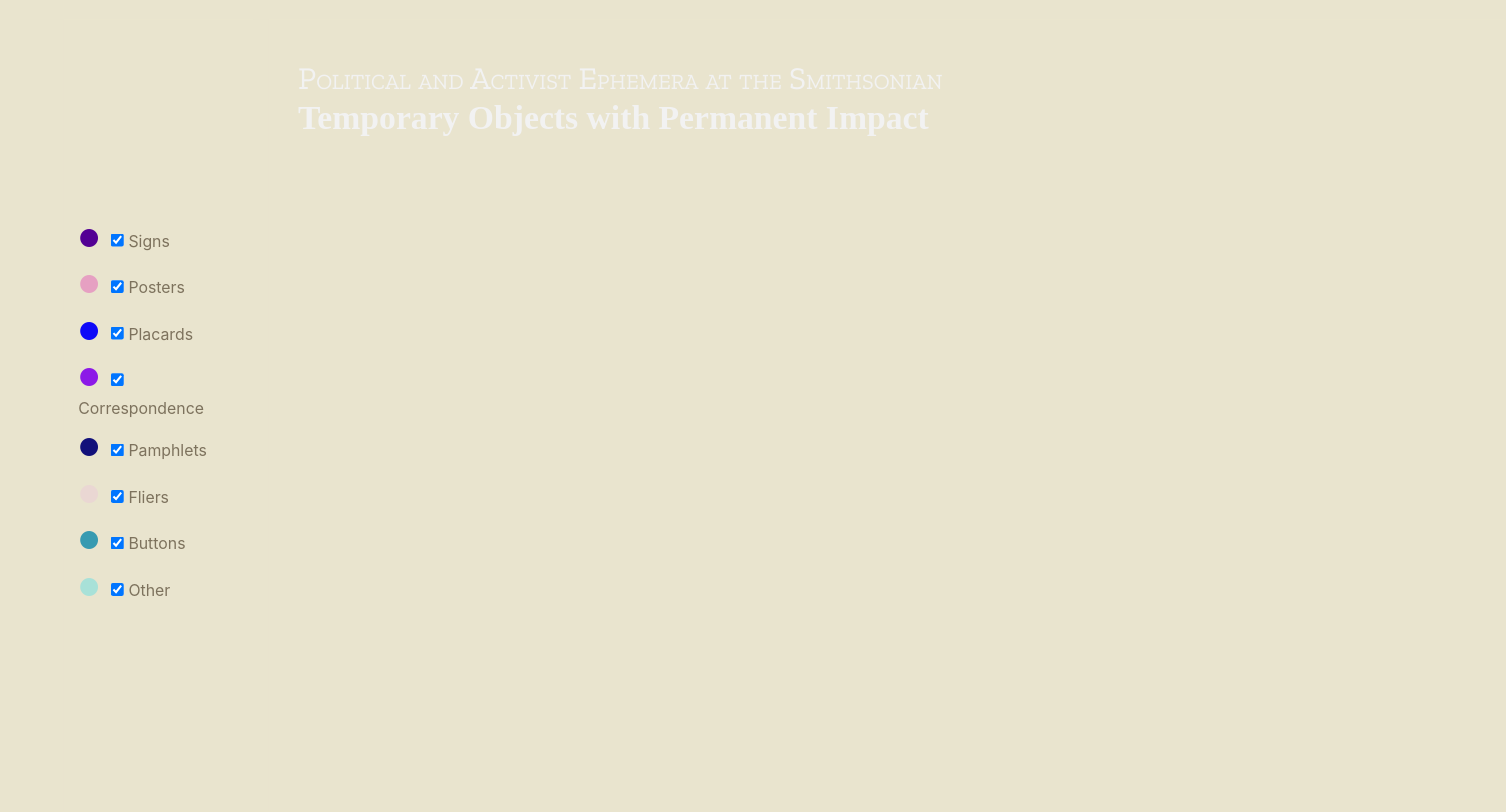
Repository: m0llyc00k/Major-studio-1
Page: Final/index-2.html
The author's editor kept a record of every edit. The page is drawn from the files as they stood at one moment, then again after the next edit.
The browser window is 1280 px wide. The page is 1521 px wide, so the pictures cover 1521 px, including what lies to the right of the window. The pictures show the whole page, at 99% of full size.
The page's requests for data from a server got no answer. Some web fonts or font styles are not loaded; a fallback is used.

Above is the page before.

After the next edit:
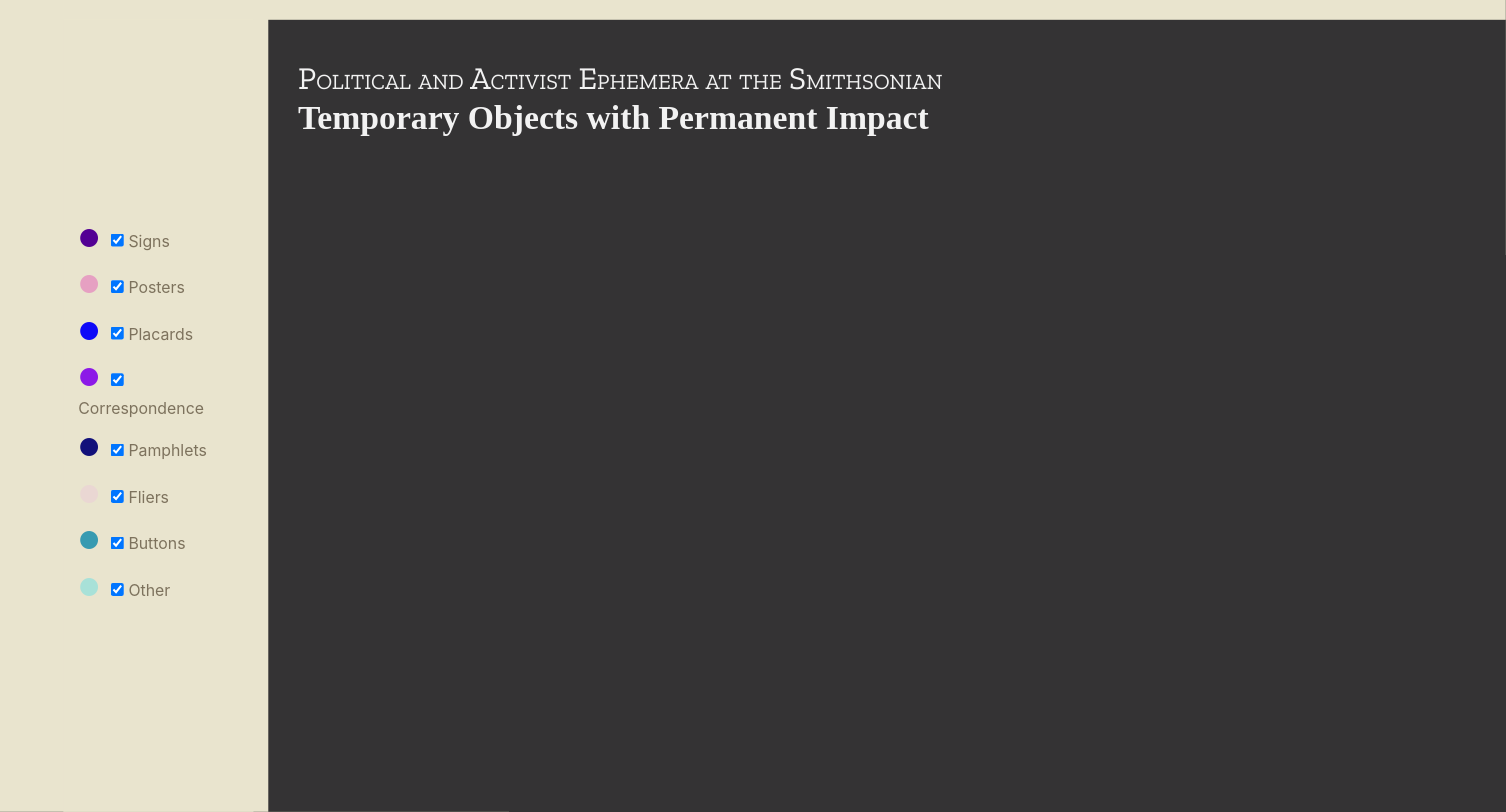
The edit:
--- a/Final/index-2.html
+++ b/Final/index-2.html
@@ -54,7 +54,7 @@
 
 
         svg {
-            background-color: #e9e4ce;
+            background-color: #343334;
         }
         svganchor {
             padding: 100px;
